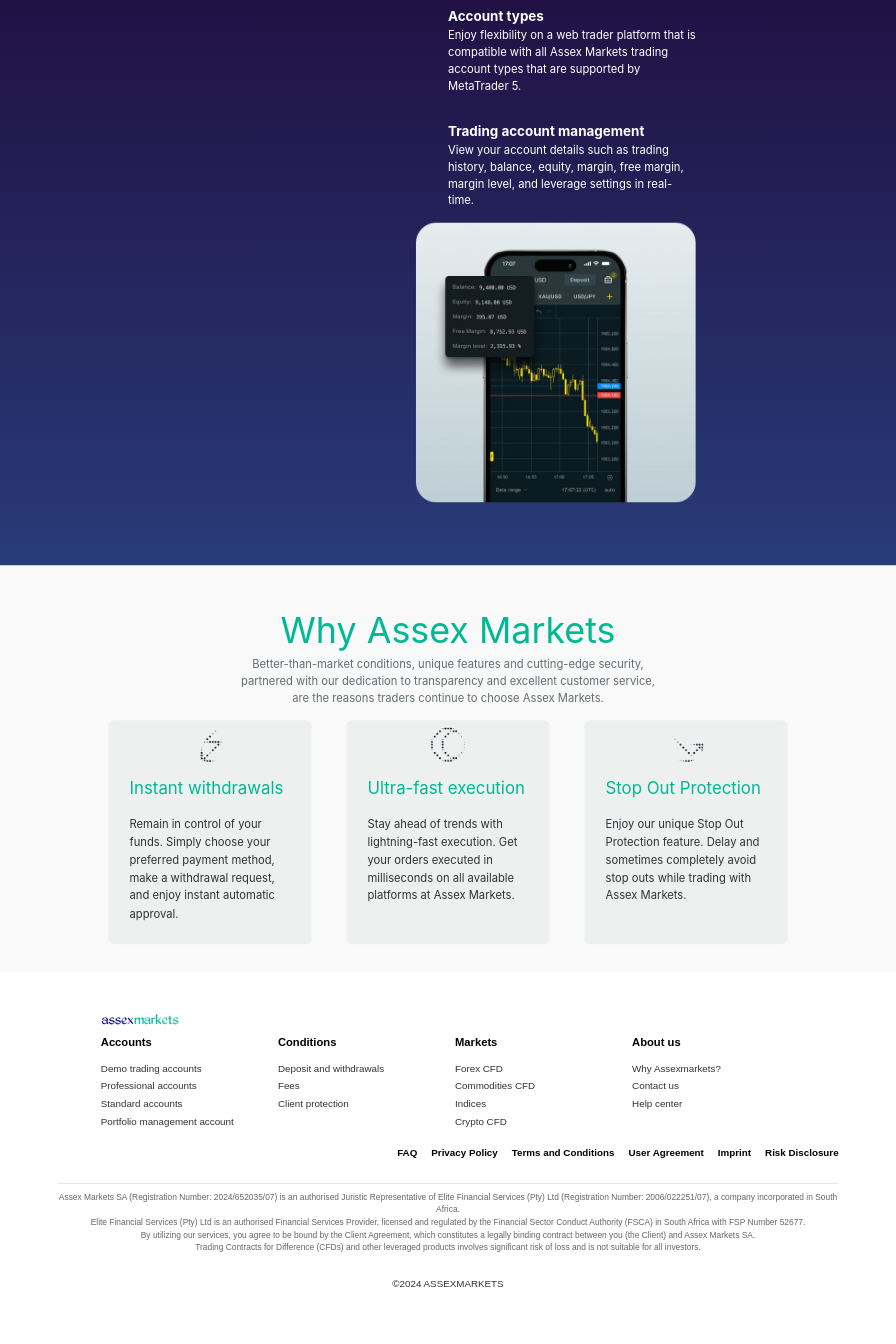
Repository: RevenewMarketing/Assex
Page: /webinar
An editor plug-in stored every save of this project. The page is shown before and after the next save, followed by the edit.
The browser window is 1280 px wide. The pictures show the part of the page from y = 2497 to 4417 px (the page is 4417 px tall), at 70% of full size.
The project was rebuilt for these pictures with package versions that can differ from the ones it lists, and the page was loaded fresh each time. Also part of the build but not shown: vite.config.ts, src/pages/home/sections/HeroSection.module.css, src/pages/home/sections/HeroSection.tsx, src/pages/home/sections/Section2.tsx, src/pages/home/sections/Section3.tsx, src/pages/home/sections/Section4.tsx, src/pages/home/sections/Section5.tsx, src/pages/home/sections/Section6.tsx and 32 more.

Above is the page before, as saved 2024-11-29 12:46:27.

### index.html
<!doctype html>
<html lang="en">
  <head>
    <meta charset="UTF-8" />
    <link rel="icon" type="image/svg+xml" href="/vite.svg" />
    <meta name="viewport" content="width=device-width, initial-scale=1.0" />
    <title>Assex</title>
  </head>
  <body>
    <div id="root"></div>
    <script type="module" src="/src/main.tsx"></script>
  </body>
</html>

### src/index.css
:root {
  font-family: Inter, system-ui, Avenir, Helvetica, Arial, sans-serif;
  line-height: 1.5;
  font-weight: 400;
  color-scheme: light dark;
  color: rgba(255, 255, 255, 0.87);
  background-color: #ffffff;
  font-synthesis: none;
  max-width: 1920px;
  margin: auto;
  text-rendering: optimizeLegibility;
  -webkit-font-smoothing: antialiased;
  -moz-osx-font-smoothing: grayscale;
  /* Smooth scrolling */
  scroll-behavior: smooth;
}

a {
  font-weight: 500;
  color: #646cff;
  text-decoration: inherit;
}

a:hover {
  color: #535bf2;
}

body {
  margin: 0;
  display: flex;
  place-items: center;
  min-width: 320px;
  min-height: 100vh;
  background-color: #FFF;
  /* align-content: center; */
  flex-direction: column;
  justify-content: flex-start;
}

h1 {
  font-size: 3.2em;
  line-height: 1.1;
}

button {
  border-radius: 8px;
  border: 1px solid transparent;
  padding: 0.6em 1.2em;
  font-size: 1em;
  font-weight: 500;
  font-family: inherit;
  background-color: #1a1a1a;
  cursor: pointer;
  transition: border-color 0.25s;
}

button:hover {
  border-color: #646cff;
}

button:focus,
button:focus-visible {
  outline: 4px auto -webkit-focus-ring-color;
}

@media (prefers-color-scheme: light) {
  :root {
    color: #213547;
    background-color: #ffffff;
  }

  a:hover {
    color: #747bff;
  }

  button {
    background-color: #f9f9f9;
  }
}

### src/App.tsx

import './App.css'
// import Navigation from './pages/home/Navigation'
import NavigationMenu from './components/navigation-menu/NavigationMenu'

import { BrowserRouter, Route, Routes } from 'react-router';
import Home from './pages/home/Home';
import Footer from './components/footer-section/Footer';
import About from './pages/about/About';
import Partner from './pages/partner/Partner';
import AccountTypeCrypto from './pages/account_type_crypto/AccountTypeCrypto';
import Webinar from './pages/web-terminal/Webinar';

function App() {

  return (
    <>
    <BrowserRouter>
    <NavigationMenu />
    <Routes>
      <Route path="/" element={<Home />} />
      <Route path="/about" element={<About />} />
      <Route path="/partner" element={<Partner />} />
      <Route path="/atc" element={<AccountTypeCrypto />} />
      <Route path="/webinar" element={<Webinar />} />
      {/* Define other routes */}
    </Routes>
    <Footer />
  </BrowserRouter>


    </>
  )
}

export default App

### src/App.css
#root {
  max-width: 1920px;
  width: 100%;
  margin: 0 auto;
  padding: 0;
  text-align: center;
}

.logo {
  height: 6em;
  padding: 1.5em;
  will-change: filter;
  transition: filter 300ms;
}
.logo:hover {
  filter: drop-shadow(0 0 2em #646cffaa);
}
.logo.react:hover {
  filter: drop-shadow(0 0 2em #61dafbaa);
}

@keyframes logo-spin {
  from {
    transform: rotate(0deg);
  }
  to {
    transform: rotate(360deg);
  }
}

@media (prefers-reduced-motion: no-preference) {
  a:nth-of-type(2) .logo {
    animation: logo-spin infinite 20s linear;
  }
}

.card {
  padding: 2em;
}

.read-the-docs {
  color: #888;
}

/* Auth Buttons */
.authButtons {
  /* margin-left: auto; */
  display: flex;
  gap: 10px;
}

### src/pages/web-terminal/Webinar.tsx

import Section1 from "./sections/Section1"
import Section2 from "./sections/Section2"
import Section3 from "./sections/Section3"
import Section4 from "./sections/Section4"
import Section5 from "./sections/Section5"




const Webinar = () => {
  return (
    <div>
      <Section1 />
      <Section2 />
      <Section3 />
      <Section4 />
      <Section5 />

    </div>
  )
}

export default Webinar

### src/components/ReusableButton.tsx

import styles from './GlobalComponentStyles.module.css';

type Props = {
  link?: string;
  text: string;
  type: 'register' | 'sign-in' | 'logout' | 'profile' | 'settings' | 'help' | 'free-trial' | 'learn-more' | 'dark' | 'light';
};

export default function ReusableButton({ link, text, type }: Props) {
  return (
      <button
      style={{
        backgroundColor: type === 'register' ? '#19BC9C' :
        type === 'sign-in' ? '#F4F6F7' :
        type === 'logout' ? '#FF6347' :
        type === 'profile' ? '#FFA07A' :
        type === 'settings' ? '#FF7F50' :
        type === 'help' ? '#FFA500' :
        type === 'free-trial' ? '#FFD700' :
        type === 'learn-more' ? '#FF4500' :
        type === 'dark' ? '#4C4B4D' :
        type === 'light' ? '#fff' : '#000',
        color: type === 'dark' ? '#fff' : '#000'
      }}
        className={styles.registerButton}
        onClick={() => window.open(link, '_blank')}
      >{text}
      </button>

  );
}

### src/components/footer-section/FooterStyles.module.css
.footerContainer {
  background-color: #ffffff;
  color: #333;
  padding: 60px 20px;
  font-family: Arial, sans-serif;
  font-size: 14px;
  line-height: 1.8;
}

.footerContainer h4 {
  font-size: 16px;
  font-weight: bold;
  margin-bottom: 10px;
  color: #000;
  text-align: left;
  margin-top: 0;
}

.footerContainer ul {
  list-style-type: none;
  padding: 0;
  margin: 0;
  text-align: left;
}

.footerContainer ul li {
  margin-bottom: 0px;
  cursor: pointer;
}

.footerContainer ul li:hover {
  color: #00b894;
}

.footerContainer .columnsContainer {
  display: flex;
  justify-content: space-between;
  gap: 20px;
  flex-wrap: wrap;
  margin-bottom: 40px;
  width: 80%;
  margin: auto;
}

.noDrag {
  cursor: no-drop !important;
}

.footerContainer .columnsContainer>div {
  flex: 1;
  min-width: 180px;
  /* Ensures alignment and proper spacing */
}

.linksContainer {
  display: flex;
  gap: 20px;
  justify-content: flex-end;
  width: 95%;
}

.linksContainer a {
  color: #000000 !important;
  font-weight: 600;
}

.footerContainer .linksContainer {
  text-align: center;
  margin: 20px 0 30px;
}

.footerContainer .linksContainer a {
  color: #007bff;
  text-decoration: none;
  margin: 0px;
  font-size: 14px;
}

.footerContainer .linksContainer a:hover {
  text-decoration: underline;
}

.footerContainer .details {
  font-size: 12px;
  color: #666;
  line-height: 1.5;
  margin: 20px auto;
  text-align: center;
  width: 90%;
  border-top: 1px solid #80808061;
  padding-top: 10px;
}

.footerContainer .details p {
  margin-bottom: 15px;
}

.footerContainer .logoContainer {
  text-align: left;
  margin: auto;
  width: 80%;
}

.footerContainer .logoContainer img {
  max-width: 150px;
}

.footerContainer .copyright {
  text-align: center;
  font-size: 14px;
  margin-top: 30px;
}


.details p {
  margin: 0 !important;
}

### src/pages/web-terminal/sections/Section1.tsx

import styles from './Section1.module.css';

const textContent = {
  title: 'CRYPTO TRADING WITHOUT THE SWAP FEES',
  subtitle: 'Trade popular cryptocurrencies including BTCUSD, ETHUSD, and LTCUSD. Hold your positions with no overnight charges.',
  registerButton: 'Register',
  demoButton: 'Try free demo',
};

const Section1: React.FC = () => {
  return (
    <section className={styles.container}>
    <div className={styles.textContainer}>
       <i> <h1 className={styles.title}>{textContent.title}</h1></i>
        <p className={styles.subtitle}>{textContent.subtitle}</p>
    </div>
      <div className={styles.buttonsContainer}>
        <button className={`${styles.button} ${styles.primaryButton}`}>{textContent.registerButton}</button>
        <button className={styles.button}>{textContent.demoButton}</button>
      </div>
    </section>
  );
};

export default Section1;

### src/pages/web-terminal/sections/Section2.tsx

import styles from './Section2.module.css';
import webAppImage from '../../../assets/pages/Web-Terminal/2-section1-Image1.png';

const content = {
  title: "Trade up with our high-speed, customized web app",
  description:
    "Enjoy seamless and flexible trading on the Assex Markets Terminal, a secure and streamlined web trader platform for trading over a hundred popular CFDs.",
  watchlistTitle: "Watchlist",
  watchlistDescription:
    "Get real-time prices and movements on the Assex Markets Terminal watchlist which hosts lists of all available trading instruments.",
  tradingModeTitle: "One-click trading mode",
  tradingModeDescription:
    "Open and close orders instantly choosing from a tile list of instruments to trade and using the Limit Order field for pending orders.",
};

const Section2: React.FC = () => {
  return (
    <div className={styles.section}>
      <div className={styles.textContainer}>
       <div className={styles.headerContent} >
          <h1 className={styles.title}>{content.title}</h1>
          <p className={styles.description}>{content.description}</p>
       </div>

       <div className={styles.innerContents} >
          <div className={styles.features}>
            <div className={styles.feature}>
              <h2 className={styles.featureTitle}>{content.watchlistTitle}</h2>
              <p className={styles.featureDescription}>
                {content.watchlistDescription}
              </p>
            </div>
            <div className={styles.feature}>
              <h2 className={styles.featureTitle}>
                {content.tradingModeTitle}
              </h2>
              <p className={styles.featureDescription}>
                {content.tradingModeDescription}
              </p>
            </div>
          </div>

          <img
          className={styles.imagePlaceholder}
          src={webAppImage}
          alt="Web App"
        />
        </div>

       </div>

    </div>
  );
};

export default Section2;

### src/pages/web-terminal/sections/Section3.tsx

import styles from './Section3.module.css';
import webAppImage from '../../../assets/pages/Web-Terminal/3-section2-Image1.png';

const content = {
  portfolioTitle: "Portfolio area",
  portfolioDescription:
    "Track your orders in the portfolio area with details like type, volume, prices, take profit, stop loss, open time, swap, and profit and loss.",
  instrumentsTitle: "Instruments tabs",
  instrumentsDescription:
    "Choose from multiple available chart types and customize them with indicators, drawing tools, and more. Charting is provided by TradingView.",
};

const Section3: React.FC = () => {
  return (
    <div className={styles.section}>



       <div className={styles.innerContents} >
          <div className={styles.features}>
            <div className={styles.feature}>
              <h2 className={styles.featureTitle}>{content.portfolioTitle}</h2>
              <p className={styles.featureDescription}>
                {content.portfolioDescription}
              </p>
            </div>
            <div className={styles.feature}>
              <h2 className={styles.featureTitle}>
                {content.instrumentsTitle}
              </h2>
              <p className={styles.featureDescription}>
                {content.instrumentsDescription}
              </p>
            </div>
          </div>

          <img
          className={styles.imagePlaceholder}
          src={webAppImage}
          alt="Web App"
        />
        </div>



    </div>
  );
};

export default Section3;

### src/pages/web-terminal/sections/Section4.tsx

import styles from './Section4.module.css';
import webAppImage from '../../../assets/pages/Web-Terminal/4-section3-Image1.png';

const content = {
  managementTitle: "Trading account management",
  managementDescription:
    "View your account details such as trading history, balance, equity, margin, free margin, margin level, and leverage settings in real-time.",
  accountTypesTitle: "Account types",
  accountTypesDescription:
    "Enjoy flexibility on a web trader platform that is compatible with all Assex Markets trading account types that are supported by MetaTrader 5.",
};

const Section4: React.FC = () => {
  return (
    <div className={styles.section}>



        <div className={styles.innerContents}>
          <div className={styles.features}>

            <div className={styles.feature}>
              <h2 className={styles.featureTitle}>{content.accountTypesTitle}</h2>
              <p className={styles.featureDescription}>
                {content.accountTypesDescription}
              </p>
            </div>
            <div className={styles.feature}>
              <h2 className={styles.featureTitle}>
                {content.managementTitle}
              </h2>
              <p className={styles.featureDescription}>
                {content.managementDescription}
              </p>
              </div>
          </div>

          <img
            className={styles.imagePlaceholder}
            src={webAppImage}
            alt="Web App"
          />
        </div>

    </div>
  );
};

export default Section4;

### src/pages/web-terminal/sections/Section5.tsx

import styles from "./Section5.module.css";
import card1 from "../../../assets/pages/Crypto/4-section5-cardIcon1.png";
import card2 from "../../../assets/pages/Crypto/4-section5-cardIcon2.png";
import card3 from "../../../assets/pages/Crypto/4-section5-cardIcon3.png";
const content = {
  heading: "Why Assex Markets",
  subheading:
    "Better-than-market conditions, unique features and cutting-edge security, partnered with our dedication to transparency and excellent customer service, are the reasons traders continue to choose Assex Markets.",
  cards: [
    {
      title: "Instant withdrawals",
      description:
        "Remain in control of your funds. Simply choose your preferred payment method, make a withdrawal request, and enjoy instant automatic approval.",
      icon: card1,
    },
    {
      title: "Ultra-fast execution",
      description:
        "Stay ahead of trends with lightning-fast execution. Get your orders executed in milliseconds on all available platforms at Assex Markets.",
      icon: card2,
    },
    {
      title: "Stop Out Protection",
      description:
        "Enjoy our unique Stop Out Protection feature. Delay and sometimes completely avoid stop outs while trading with Assex Markets.",
      icon: card3,
    },
  ],
};


const Section5 = () => {
  return (
    <section className={styles.section}>
      <h1 className={styles.heading}>{content.heading}</h1>
      <p className={styles.subheading}>{content.subheading}</p>
      <div className={styles.cardContainer}>
        {content.cards.map((card, index) => (
          <div key={index} className={styles.card}>
            <img
            className={styles.cardIcon}
            src={card.icon}
            alt={card.title}
            />
            <h2 className={styles.cardTitle}>{card.title}</h2>
            <p className={styles.cardDescription}>{card.description}</p>
          </div>
        ))}
      </div>
    </section>
  );
};

export default Section5;

### src/components/GlobalComponentStyles.module.css


.registerButton {
  background-color: #00b074;
  color: white;
  border: none;
  padding: 8px 16px;
  font-size: 14px;
  border-radius: 4px;
  cursor: pointer;
}

.signInButton {
  background-color: #f4f4f4;
  color: #333;
  border: 1px solid #ccc;
  padding: 8px 16px;
  font-size: 14px;
  border-radius: 4px;
  cursor: pointer;
}

### src/pages/web-terminal/sections/Section1.module.css
.container {
  background-image: url('../../../assets/pages/Crypto/1-cryptoBanner.jpg'); /* Replace with your background image path */
  background-size: cover;
  background-position: center;
  background-repeat: no-repeat;
  min-height: 63dvh;
  display: flex;
  flex-direction: column;
  justify-content: center;
  align-items: flex-start;
  padding: 20px 40px;
  background-color: rgba(0, 0, 0, 0.73);
  max-width: inherit;
}

@media (max-width: 768px) {
  .container {
    height: auto;
    padding: 15px;
  }
}

.title {
  font-size: 3rem; /* Reduced from 5rem for better scaling */
  font-weight: 700;
  color: white;
  margin: 0 0 20px;
  text-align: left;
}

@media (max-width: 768px) {
  .title {
    font-size: 2.2rem; /* Scaled down for smaller screens */
    margin-bottom: 15px;
  }
}

.textContainer {
  width: 55%;
}

@media (max-width: 768px) {
  .textContainer {
    width: 100%; /* Ensure text occupies full width on smaller screens */
  }
}

.subtitle {
  font-size: 1.8rem; /* Reduced from 2rem for consistency */
  color: white;
  margin: 0 0 30px;
  text-align: left;
  width: 72%;
}

@media (max-width: 768px) {
  .subtitle {
    font-size: 1.2rem; /* Adjusted for smaller screens */
    margin-bottom: 20px;
    width: 100%; /* Occupy full width for better readability */
  }
}

.buttonsContainer {
  display: flex;
  gap: 15px;
}

@media (max-width: 768px) {
  .buttonsContainer {
    flex-direction: column;
    gap: 10px;
  }
}

.button {
  background-color: white;
  color: #00c897;
  border: 2px solid #00c897;
  border-radius: 5px;
  font-size: 1rem; /* Consistent button text size */
  font-weight: 600;
  padding: 10px 20px;
  cursor: pointer;
  transition: all 0.3s ease;
}

.button:hover {
  background-color: #e8f8f4;
}

.primaryButton {
  background-color: #00c897;
  color: white;
}

.primaryButton:hover {
  background-color: #00b087;
}

@media (max-width: 768px) {
  .button {
    width: 100%;
    text-align: center;
  }
}

### src/pages/web-terminal/sections/Section2.module.css
.section {
  display: flex;
  justify-content: space-between;
  align-items: center;
  background: rgb(40, 59, 121);
  background: linear-gradient(0deg, rgba(40, 59, 121, 1) 0%, rgba(32, 13, 63, 1) 100%);
  color: #ffffff;
  padding: 50px;
  flex-direction: column;
}

.textContainer {
  max-width: 63%;
}

.headerContent {
  width: 70%;
  margin: auto;
}

.innerContents {
  display: flex;
  flex-direction: row-reverse;
  flex-wrap: wrap;
  width: 100%;
  justify-content: space-between;
  align-content: center;
  margin: 40px;
}

.title {
  font-size: 2rem;
  font-weight: bold;
  margin-bottom: 20px;
}

.description {
  font-size: 1.1rem;
  margin-bottom: 30px;
}

.features {
  display: flex;
  flex-direction: column;
  gap: 20px;
  width: 50%;
  justify-content: center;
  text-align: left;
}

.feature {
  margin-bottom: 20px;
}

.featureTitle {
  font-size: 1.2rem;
  font-weight: bold;
  margin: 0;
}

.featureDescription {
  font-size: 1rem;
  line-height: 1.5;
  margin: 0;
}

.imagePlaceholder {

  height: 400px;
  transition: all 0.3s;
  border-radius: 10px;
}

.imagePlaceholder:hover {
  transform: scale(1.2);
}

### src/pages/web-terminal/sections/Section3.module.css
.section {
  display: flex;
  justify-content: space-between;
  align-items: center;
  background-color: #ffffff;
  color: #000000;
  padding: 50px;
  flex-direction: column;
}


.headerContent {
  width: 70%;
  margin: auto;
}

.innerContents {
  display: flex;
  flex-direction: row;
  flex-wrap: wrap;
  max-width: 60%;
  justify-content: space-between;
  align-content: center;
  margin: 40px;
}

.title {
  font-size: 2rem;
  font-weight: bold;
  margin-bottom: 20px;
}

.description {
  font-size: 1.1rem;
  margin-bottom: 30px;
}

.features {
  display: flex;
  flex-direction: column;
  gap: 20px;
  width: 50%;
  justify-content: center;
  text-align: left;
}

.feature {
  margin-bottom: 20px;
}

.featureTitle {
  font-size: 1.2rem;
  font-weight: bold;
  margin: 0;
}

.featureDescription {
  font-size: 1rem;
  line-height: 1.5;
  margin: 0;
}

.imagePlaceholder {

  height: 400px;
  transition: all 0.3s;
  border-radius: 10px;
}

.imagePlaceholder:hover {
  transform: scale(1.2);
}

### src/pages/web-terminal/sections/Section4.module.css
.section {
  display: flex;
  justify-content: space-between;
  align-items: center;
  background: rgb(40, 59, 121);
  background: linear-gradient(0deg, rgba(40, 59, 121, 1) 0%, rgba(32, 13, 63, 1) 100%);
  color: #ffffff;
  padding: 50px;
  flex-direction: column;
}



.headerContent {
  width: 70%;
  margin: auto;
}

.innerContents {
  display: flex;
  flex-direction: row-reverse;
  flex-wrap: wrap;
  max-width: 60%;
  justify-content: space-between;
  align-content: center;
  margin: 40px;
}

.title {
  font-size: 2rem;
  font-weight: bold;
  margin-bottom: 20px;
}

.description {
  font-size: 1.1rem;
  margin-bottom: 30px;
}

.features {
  display: flex;
  flex-direction: column;
  gap: 20px;
  width: 50%;
  justify-content: center;
  text-align: left;
}

.feature {
  margin-bottom: 20px;
}

.featureTitle {
  font-size: 1.2rem;
  font-weight: bold;
  margin: 0;
}

.featureDescription {
  font-size: 1rem;
  line-height: 1.5;
  margin: 0;
}

.imagePlaceholder {

  height: 400px;
  transition: all 0.3s;
  border-radius: 10px;
}

.imagePlaceholder:hover {
  transform: scale(1.2);
}

### src/pages/web-terminal/sections/Section5.module.css
.section {
  padding: 20px;
  text-align: center;
  background-color: #f9f9f9;
}

.cardIcon {
  border-radius: 50%;
  width: 50px;
  height: 50px;
  background-color: #00b89300;
  margin: 0 auto;
}

.heading {
  font-weight: 400;
  color: #00b894;
  margin-bottom: 10px;
}

.subheading {
  color: #636e72;
  margin: auto;
  width: 50%;

}

.cardContainer {
  display: flex;
  justify-content: center;
  gap: 50px;
  flex-wrap: wrap;
  margin: 20px;
}

.card {
  display: flex;
  flex-direction: column;
  justify-content: flex-start;
  background: #EEEFEF;
  padding: 10px 30px;
  /* border: 1px solid #dfe6e9; */
  border-radius: 8px;
  max-width: 230px;
  height: 300px;
  text-align: left;
  /* box-shadow: 0 2px 4px rgba(0, 0, 0, 0.1); */
}

.cardTitle {
  font-weight: 400;
  color: #00b894;
  margin-bottom: px;text-align: left;
}

.cardDescription {
  text-align: center;
  color: #2d3436;
  line-height: 1.6;
  margin: 0;
  text-align: left;
}

Loaded but not shown: src/main.tsx (common file); src/components/navigation-menu/NavigationMenu.tsx (271 lines, source omitted); src/components/footer-section/Footer.tsx (129 lines, source omitted); src/components/navigation-menu/NavigationMenu.module.css (180 lines, source omitted)

After the next save:
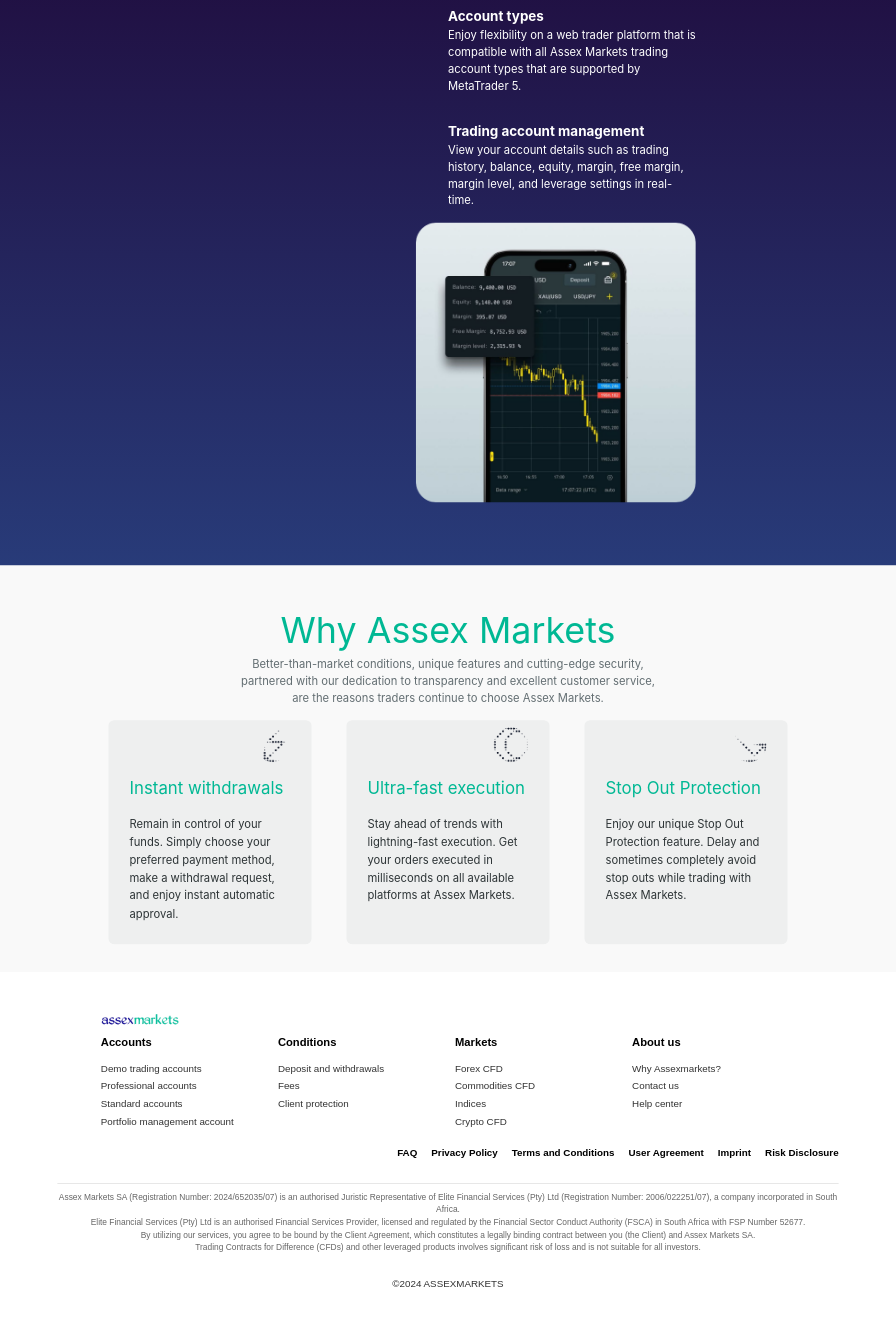
Saved 36 s later.
--- a/src/pages/web-terminal/sections/Section5.module.css
+++ b/src/pages/web-terminal/sections/Section5.module.css
@@ -9,7 +9,7 @@
   width: 50px;
   height: 50px;
   background-color: #00b89300;
-  margin: 0 auto;
+  margin-left: auto;
 }
 
 .heading {
